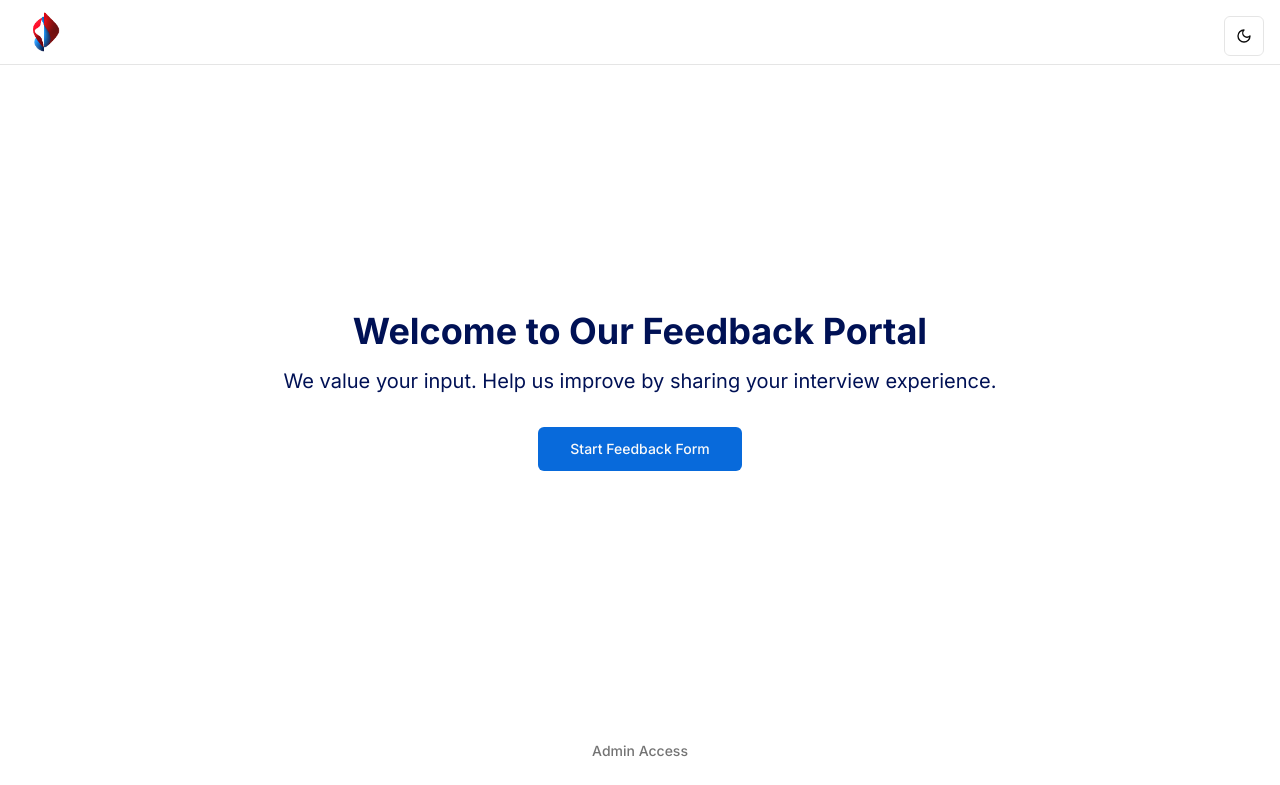
Repository: imets01/swisscom-feedback-app
Page: / (app in frontend/)
An editor plug-in stored every save of this project. The page is shown before and after the next save, followed by the edit.
The browser window is 1280 px wide. The pictures show the whole page.
The project was rebuilt for these pictures with package versions that can differ from the ones it lists, and the page was loaded fresh each time. The framework's server and built-in components were replaced by stand-ins that run in the browser. Also part of the build but not shown: frontend/next.config.mjs, frontend/src/components/ui/label.jsx, frontend/src/components/ui/form.jsx, frontend/src/components/ui/input.jsx, frontend/src/components/ui/card.jsx, frontend/src/app/components/loginForm.js, frontend/src/app/login/page.js.

Above is the page before, as saved 2024-11-30 19:07:03.

After the next save:
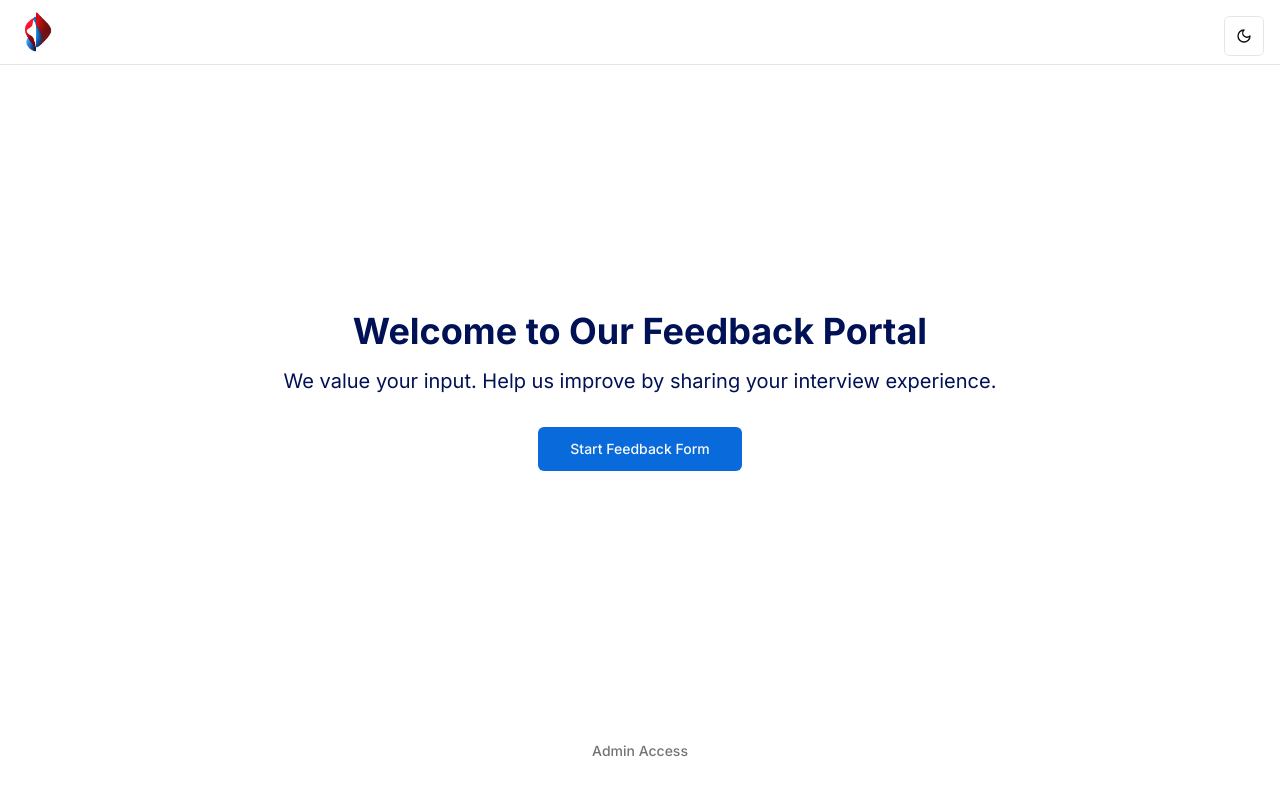
Saved 9 s later.
--- a/frontend/src/app/components/headerComponent.js
+++ b/frontend/src/app/components/headerComponent.js
@@ -5,7 +5,7 @@ import { ThemeSelector } from "./themeSelector";
 export default function Header() {
   return (
     <header className="bg-background border-b">
-      <div className="container px-2 sm:px-4 lg:px-6">
+      <div className="container px-2 sm:px-4 lg:px-4">
         <div className="flex items-center justify-between h-16">
           <div className="flex items-center">
             <Link href="/">
